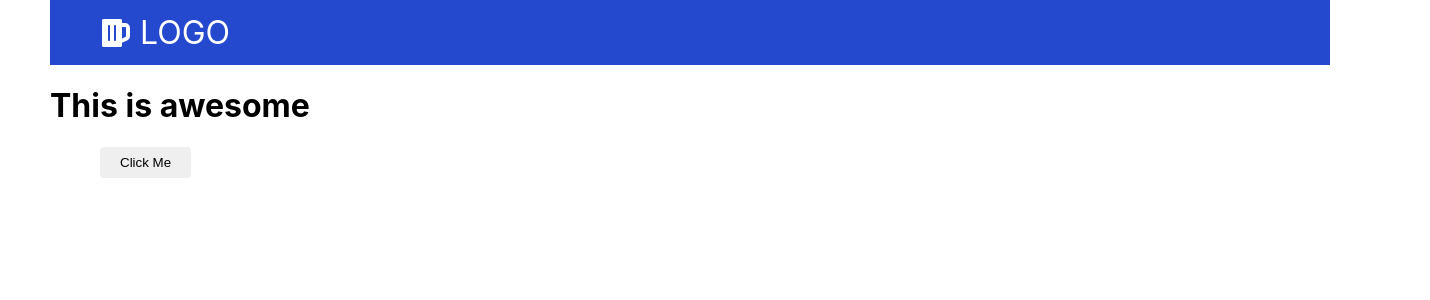
Repository: ajaygc95/Django-and-react
Page: / (app in galamart_sell/reactfrontend/)
An editor plug-in stored every save of this project. The page is shown before and after a run of saves, followed by the edit.
The browser window is 1280 px wide. The page is 1430 px wide, so the pictures cover 1430 px, including what lies to the right of the window. The pictures show the whole page.
The project was rebuilt for these pictures with package versions that can differ from the ones it lists, and the page was loaded fresh each time. Also part of the build but not shown: galamart_sell/reactfrontend/src/components/Button.js, galamart_sell/reactfrontend/src/components/About.js, galamart_sell/reactfrontend/src/components/Shop.css, galamart_sell/reactfrontend/src/components/Shop.js, galamart_sell/reactfrontend/src/components/ItemDetail.js.

Above is the page before, as saved 2021-04-07 11:06:56.

### galamart_sell/reactfrontend/src/App.js
import React from "react";
import HeroPage from "./components/HeroPage";
import Nav from "./components/Nav";
import { BrowserRouter as Router, Switch, Route } from "react-router-dom";
import About from "./components/About";
import Shop from "./components/Shop";
import ItemDetail from "./components/ItemDetail";

function App() {
  return (
    <Router>
      <div className="container">
        <Nav></Nav>
        <Switch>
          <Route path="/" exact component={HeroPage}></Route>
          {/* <Route path="/about" component={About} />
          <Route path="/shop" exact component={Shop} />
          <Route path="/shop/:id" component={ItemDetail} /> */}
        </Switch>
      </div>
    </Router>
  );
}

export default App;

### galamart_sell/reactfrontend/src/components/HeroPage.js
import React from 'react'

function HeroPage() {
    return (
       <>
       <h1>This is awesome</h1>
       <div className='container'>
           <button className='btn btn-success'>Click Me</button>
       </div>
       </>
    )
}

export default HeroPage

### galamart_sell/reactfrontend/src/components/Nav.js
import React, { useState } from "react";
import { Link } from "react-router-dom";
import { FaBars, FaTimes, FaBeer } from "react-icons/fa";
import { Button } from "./Button";
import "./Nav.css";

function Nav() {
  const [click, setclick] = useState(false);
  const [button, setbutton] = useState(true);
  const handleClick = () => setclick(!click);

  const showButton = () => {
    if (window.innerWidth <= 960) {
      setbutton(false);
    } else {
      setbutton(true);
    }
  };

  window.addEventListener("resize", showButton);

  return (
    <>
      <nav className="navbar">
        <div className="navbar-container container">
          <Link to="/" className="navbar-logo">
            <FaBeer className="navbar-icon"></FaBeer>
            LOGO
          </Link>
        </div>
      </nav>
    </>
  );
}

export default Nav;

### galamart_sell/reactfrontend/src/components/Nav.css
.navbar {
  background: #2449cf;
  height: 65px;
  display: flex;
  justify-content: center;
  align-items: center;
  font-size: 1.2rem;
  position: sticky;
  top: 0;
  z-index: 999;
}

.container {
  z-index: 1;
  width: 100%;
  max-width: 1300px;
  margin-right: auto;
  margin-left: auto;
  padding-right: 50px;
  padding-left: 50px;
}

.navbar-container {
  display: flex;
  justify-content: space-between;
  height: 65px;
}

.navbar-logo {
  color: #fff;
  justify-self: start;
  cursor: pointer;
  text-decoration: none;
  font-size: 2rem;
  display: flex;
  align-items: center;
}

.navbar-icon {
  margin-right: 0.5rem;
}

/*



.navbar-logo {
  color: #fff;
  justify-self: start;
  cursor: pointer;
  text-decoration: none;
  font-size: 2rem;
  display: flex;
  align-items: center;
}

.navbar-icon {
  margin-right: 0.5rem;
}

.nav-menu {
  display: flex;
  align-items: center;
  justify-content: center;
  list-style: none;
  text-align: center;
  justify-content: end;
}

.nav-item {
  height: 80px;
  border-bottom: 2px solid transparent;
}

.nav-item:hover {
  border-bottom: 2px solid #f00946;
}

.nav-links {
  color: #fff;
  display: flex;
  align-items: center;
  text-decoration: none;
  padding: 0.5rem 1rem;
  height: 100%;
}

.fa-bars {
  color: #fff;
}

.menu-icon {
  display: none;
}

@media screen and (max-width: 960px) {
  .NavbarItems {
    position: relative;
  }

  .nav-menu {
    display: flex;
    flex-direction: column;
    width: 100%;
    height: 90vh;
    position: absolute;
    top: 80px;
    left: -100%;
    opacity: 1;
    transition: all 0.5s ease;
  }

  .nav-menu.active {
    background: #1c2237;
    left: 0;
    opacity: 1;
    transition: all 0.6s ease;
    z-index: 1;
  }

  .nav-links {
    text-align: center;
    padding: 2rem;
    width: 100%;
    display: table;
  }

  .nav-links:hover {
    color: #f00946;
    transform: scale(1.2);
    transition: all 0.3s ease;
  }

  .nav-item:hover {
    border: none;
  }

  .nav-item {
    width: 100%;
  }

  .navbar-logo {
    position: absolute;
    top: 0;
    left: 0;
    transform: translate(25%, 50%);
  }

  .menu-icon {
    display: block;
    position: absolute;
    top: 0;
    right: 0;
    transform: translate(-100%, 60%);
    font-size: 1.8rem;
    cursor: pointer;
  }

  .fa-times {
    color: #fff;
    font-size: 2rem;
  }

  .nav-btn {
    display: flex;
    justify-content: center;
    align-items: center;
    width: 100%;
    height: 120px;
  }
} */

### galamart_sell/reactfrontend/src/components/Button.css
:root {
  --primary: #fff;
}

.btn {
  padding: 8px 20px;
  border-radius: 4px;
  outline: none;
  border: none;
  cursor: pointer;
  white-space: nowrap;

}

.btn--primary {
  background-color: var(--primary);
  color: #242424;
  border: 1px solid var(--primary);
}

.btn--outline {
  background-color: transparent;
  color: #fff;
  padding: 8px 20px;
  border: 1px solid var(--primary);
  transition: all 0.3s ease-out;
}

.btn--medium {
  padding: 8px 20px;
  font-size: 18px;
}

.btn--large {
  padding: 12px 26px;
  font-size: 20px;
}

.btn--mobile {
  text-align: center;
  border-radius: 4px;
  width: 80%;
  text-decoration: none;
  font-size: 1.5rem;
  background-color: transparent;
  color: #fff;
  padding: 14px 20px;
  border: 1px solid #fff;
  transition: all 0.3s ease-out;
}

.btn--wide {
  padding: 12px 64px;
  font-size: 20px;
}

.btn--large:hover,
.btn--medium:hover,
.btn--mobile:hover {
  transition: all 0.3s ease-out;
  background: #fff;
  color: #242424;
}

.btn--wide:hover {
  color: #fff;
  background-color: #f00946;
  transition: all 0.2s ease-out;
}

.btn-link {
  display: flex;
  justify-content: center;
  align-items: center;
  text-decoration: none;
  padding: 8px 16px;
  height: 100%;
  width: 100%;
}

.blue {
  background-color: #276afb;
  color: #fff;
  border: none;
}

.red {
  background-color: #f00946;
  color: #fff;
  border: none;
}

.primary {
  background-color: #242424;
  color: #fff;
  border: none;
}

.primary:hover {
  background-color: #fff;
  color: #242424;
  border: none;
}

.green {
  background: #25ce4a;
  color: #fff;
  border: none;
}

.green:hover {
  background-color: #242424;
}

Loaded but not shown: galamart_sell/reactfrontend/public/index.html (common file); galamart_sell/reactfrontend/src/index.js (common file); galamart_sell/reactfrontend/src/index.css (common file); galamart_sell/reactfrontend/src/reportWebVitals.js (common file)

After the next 2 saves:
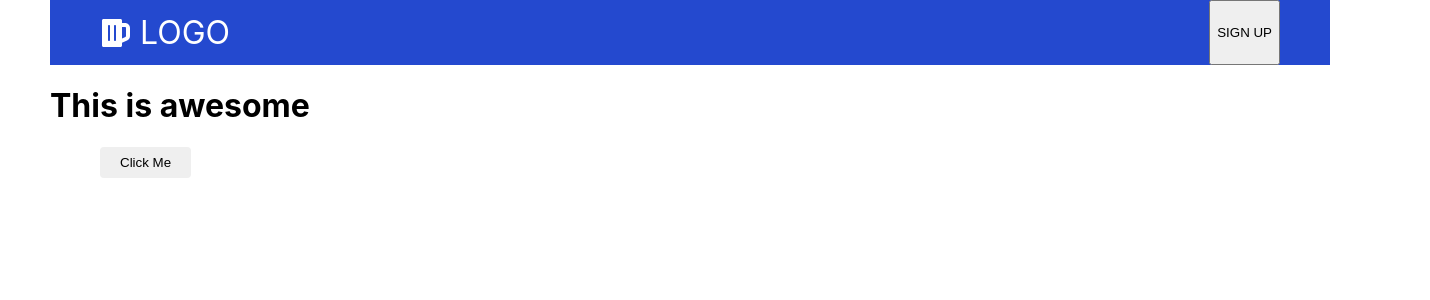
The 2 saves are shown as one change because they came seconds apart.
The last was saved 46 s later.
--- a/galamart_sell/reactfrontend/src/components/Nav.js
+++ b/galamart_sell/reactfrontend/src/components/Nav.js
@@ -27,6 +27,8 @@ function Nav() {
             <FaBeer className="navbar-icon"></FaBeer>
             LOGO
           </Link>
+
+          <button>SIGN UP</button>
         </div>
       </nav>
     </>
